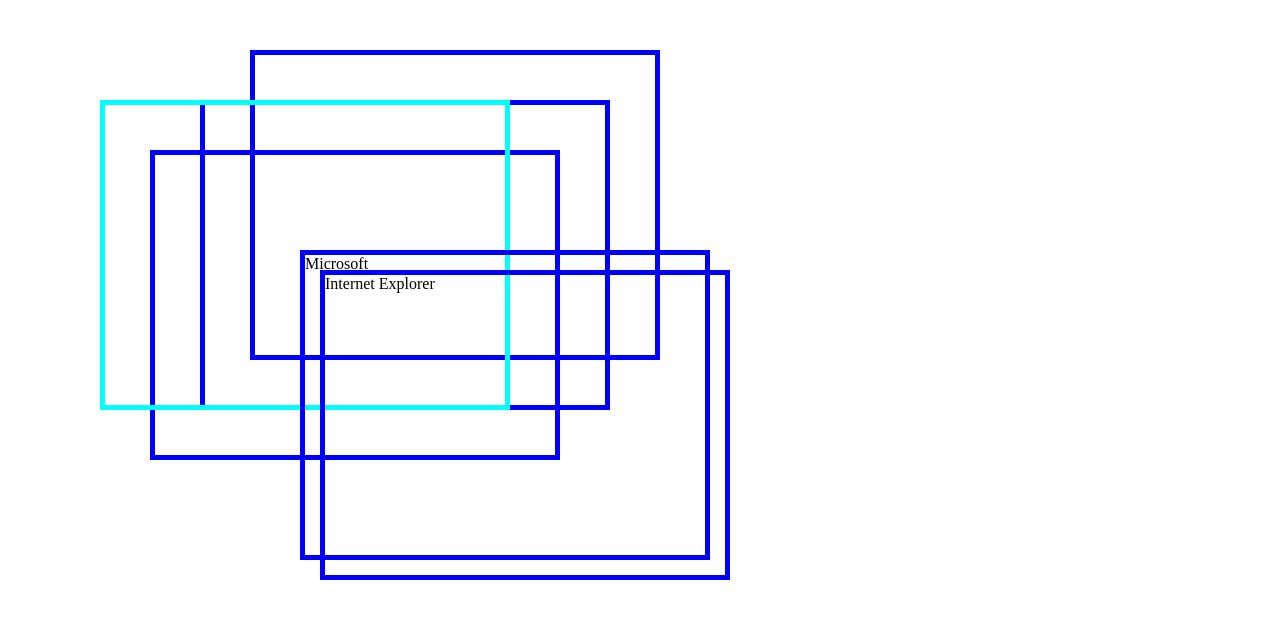
Repository: sonic247897/multicampus-web
Page: clientweb/WebContent/css/cssExam.html
These files come from the project's save history. The page is drawn as it stood at one moment and after the next save; the edit follows.
The browser window is 1280 px wide. The pictures show the whole page.

Above is the page before, as saved 2020-01-03 05:48:08.

### clientweb/WebContent/css/cssExam.html
<!DOCTYPE html>
<html>
<head>
	<meta charset="EUC-KR">
	<title>Insert title here</title>
	<style type="text/css">
		#mydiv1{
			/* 절대위치 */
			position:absolute;
			top:100px;
			left:100px;
			width: 400px;
			height: 300px;

			border-color: aqua;
			border-style: solid;
			border-width: 5px;
			z-index: 4 /* 그려지는 순서: 1부터 시작 */
		}
		#mydiv2{
			position: absolute;
			top:150px;
			left:150px;
			width: 400px;
			height: 300px;
			border-color: blue;
			border-style: solid;
			border-width: 5px;
			z-index: 1;
		}

		#mydiv3{
			position: absolute;
			top:100px;
			left:200px;
			width: 400px;
			height: 300px;
			border-color: blue;
			border-style: solid;
			border-width: 5px;
			z-index: 2;
		}

		#mydiv4{
			position: absolute;
			top:50px;
			left:250px;
			width: 400px;
			height: 300px;
			border-color: blue;
			border-style: solid;
			border-width: 5px;
			z-index: 3;
		}

		#mydiv5{
			position: absolute;
			top:250px;
			left:300px;
			width: 400px;
			height: 300px;
			border-color: blue;
			border-style: solid;
			border-width: 5px;
			z-index: 5;
		}
		#mydiv6{
			position: absolute;
			top:270px;
			left:320px;
			width: 400px;
			height: 300px;
			border-color: blue;
			border-style: solid;
			border-width: 5px;
			z-index: 6;
		}


	</style>
</head>
<body>
	<div id="mydiv1"></div>
	<div id="mydiv2"></div>
	<div id="mydiv3"></div>
	<div id="mydiv4"></div>
	<div id="mydiv5">Microsoft</div>
	<div id="mydiv6">Internet Explorer</div>

</body>
</html>

After the next save:
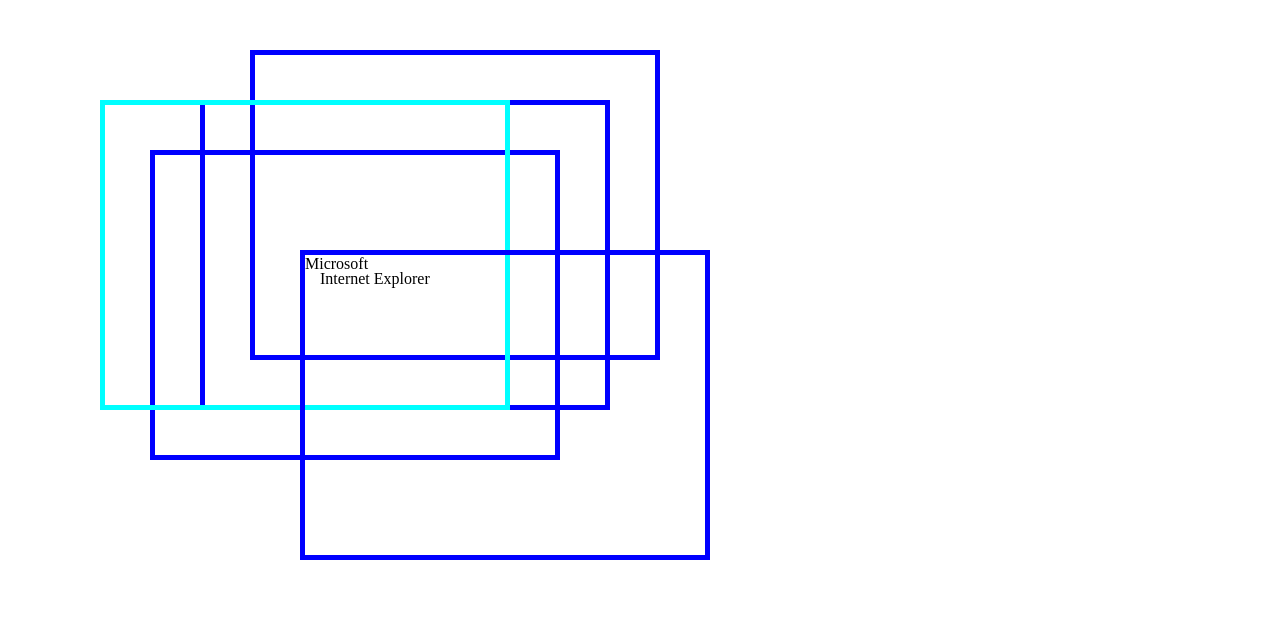
Saved 15 s later.
--- a/clientweb/WebContent/css/cssExam.html
+++ b/clientweb/WebContent/css/cssExam.html
@@ -70,9 +70,6 @@
 			left:320px;
 			width: 400px;
 			height: 300px;
-			border-color: blue;
-			border-style: solid;
-			border-width: 5px;
 			z-index: 6;
 		}
 
